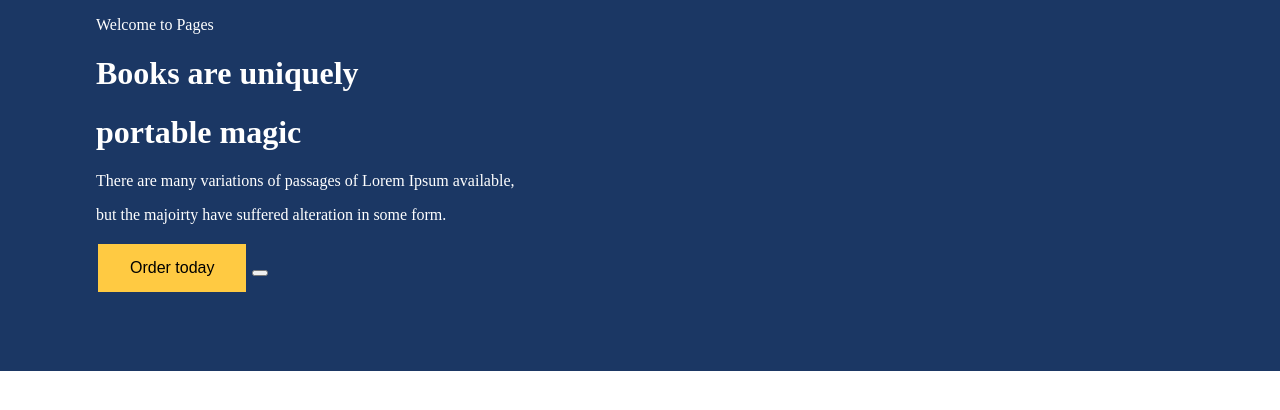
Repository: Godnorg/Class2
Page: index.html
An editor plug-in stored every save of this project. The page is shown before and after the next save, followed by the edit.
The browser window is 1280 px wide. The pictures show the whole page.

Above is the page before, as saved 2023-02-13 21:44:44.

### index.html
<!DOCTYPE html>
<html lang="en">
<head>
    <meta charset="UTF-8">
    <meta http-equiv="X-UA-Compatible" content="IE=edge">
    <meta name="viewport" content="width=device-width, initial-scale=1.0">
    <title>Class 2</title>
    <link rel="stylesheet" href="index.css">
</head>
<body>
<div class="page1">
    <div class="allpages">
        <div class="navigation bar">

        </div>
        <div class="middle">
            <div>
                <p>Welcome to Pages</p>
                <h1>Books are uniquely</h1>
                <h1>portable magic</h1>
                <p>There are many variations of passages of Lorem Ipsum available,</p>
                <p>but the majoirty have suffered alteration in some form.</p>
                <button class="button">Order today</button> <button class="button1"></button>
            </div>
            <div>

            </div>
        </div>
    </div>
</div>


</body>
</html>

### index.css
body {
    margin: 0;
    padding: 0;
}

.page1 {
    background: #1B3764;
    padding-bottom: 75px;
    color: white;
}

.allpages {
    width: 85%;
    margin: auto;
}

.middle {
    display: grid;
    grid-template-columns: 1fr 1fr;
    column-gap: 35px;

}

.style {
    width: 10px;
}

.button {
    background: #FFCA42;
    border: none;
  padding: 15px 32px;
  text-align: center;
  text-decoration: none;
  display: inline-block;
  font-size: 16px;
  margin: 4px 2px;
  cursor: pointer;
}

After the next save:
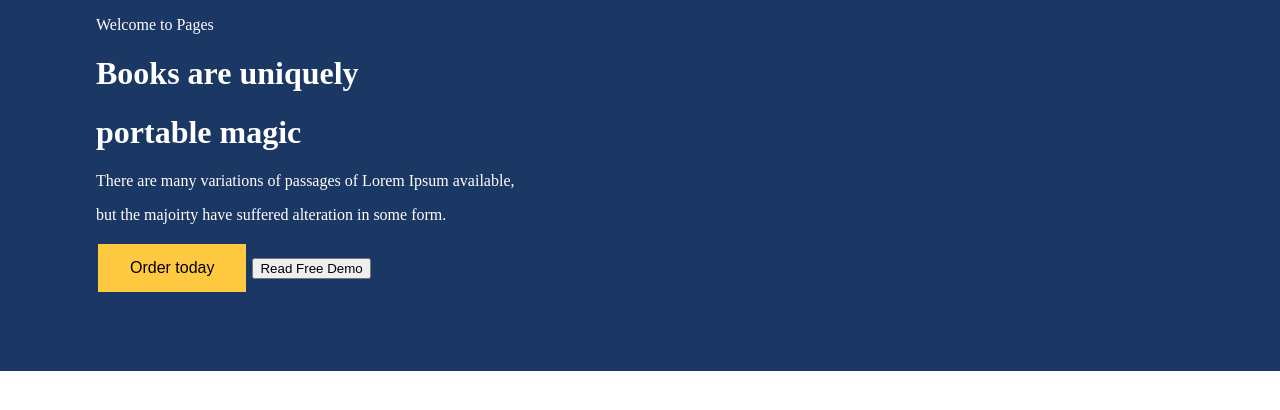
Saved 15 s later.
--- a/index.html
+++ b/index.html
@@ -20,7 +20,7 @@
                 <h1>portable magic</h1>
                 <p>There are many variations of passages of Lorem Ipsum available,</p>
                 <p>but the majoirty have suffered alteration in some form.</p>
-                <button class="button">Order today</button> <button class="button1"></button>
+                <button class="button">Order today</button> <button class="button1">Read Free Demo</button>
             </div>
             <div>
 
